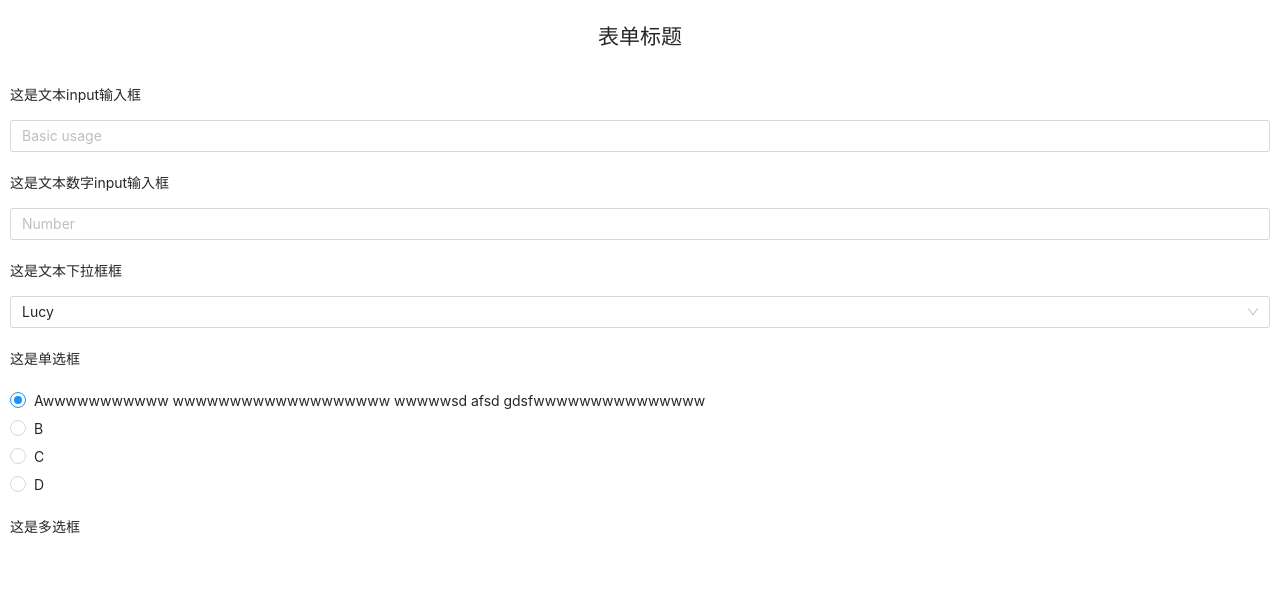
Repository: yangdi1993/form
Page: /
These files come from the project's save history. The page is drawn as it stood at one moment and after the next save; the edit follows.
The browser window is 1280 px wide. The pictures show the whole page.
The project was rebuilt for these pictures with package versions that can differ from the ones it lists, and the page was loaded fresh each time.

Above is the page before, as saved 2020-04-02 11:45:09.

After the next save:
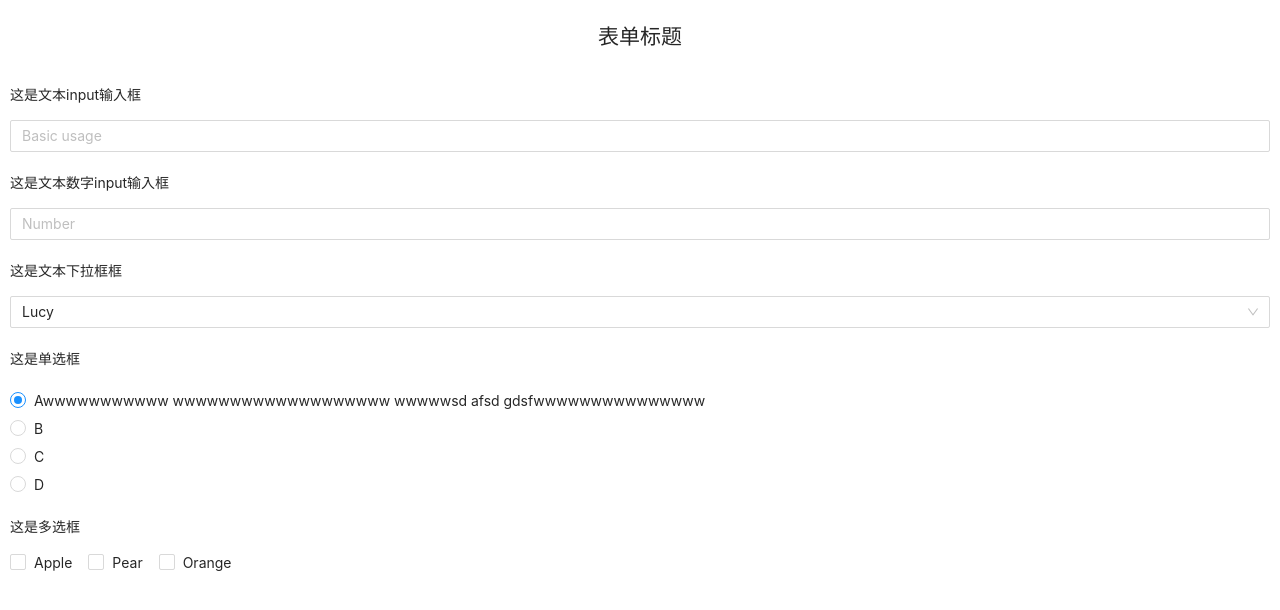
Saved 4 min 35 s later.
--- a/src/App.js
+++ b/src/App.js
@@ -60,7 +60,7 @@ class App extends React.Component {
           <div className="question-cell">
             <p className="numinput-title">这是多选框</p>
             <CheckboxGroup
-              options={this.state.plainOptions}
+              options={this.state.optionsWithDisabled}
               value={this.state.checkedList}
               onChange={this.CheckboxChange}
             />
